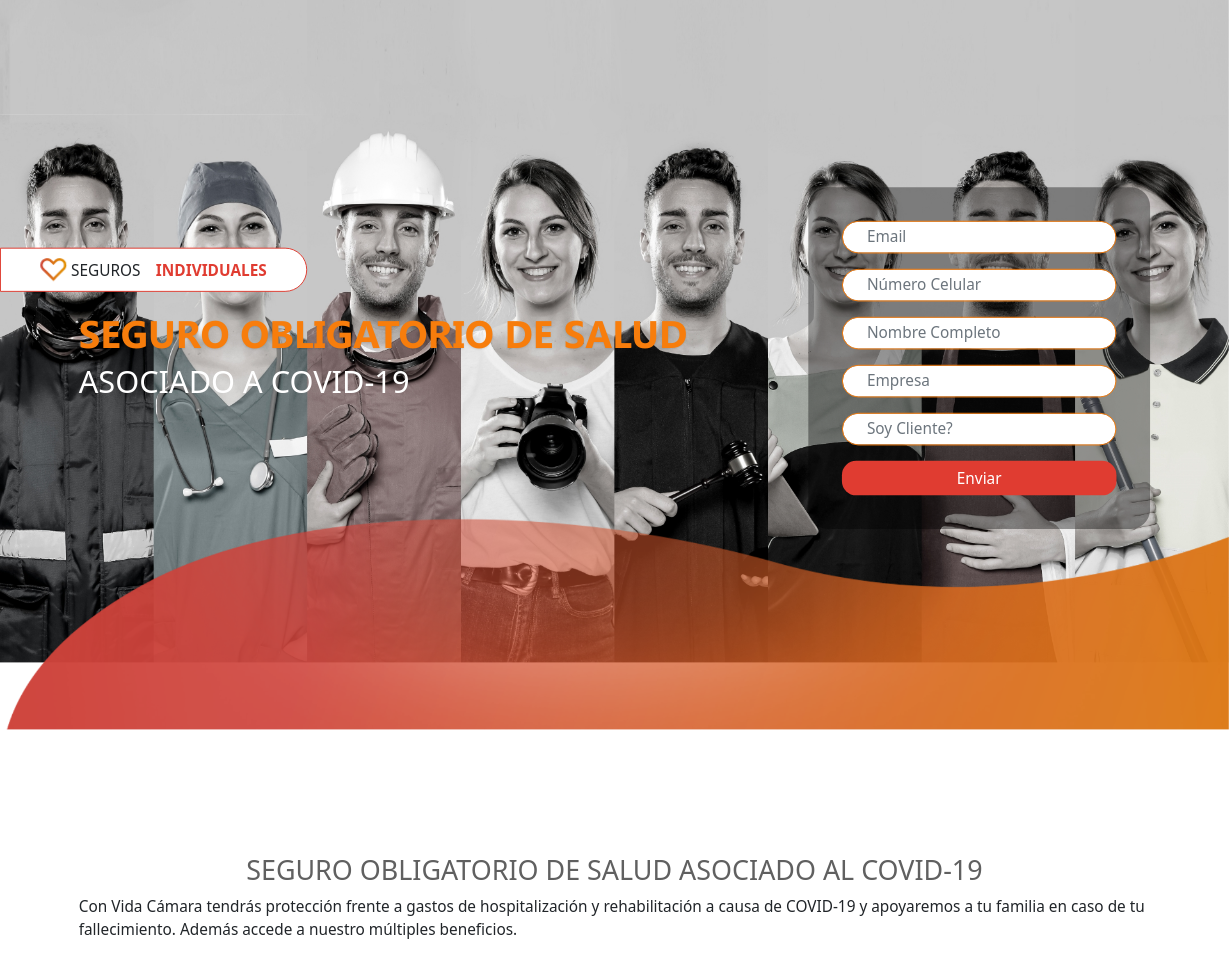
Repository: Darigo30/vidacamara
Page: index.html
An editor plug-in stored every save of this project. The page is shown before and after the next save, followed by the edit.
The browser window is 1280 px wide. The pictures show the whole page, at 96% of full size.
Some web fonts or font styles are not loaded; a fallback is used. Some web libraries are served in a nearby version.

Above is the page before, as saved 2021-07-28 22:41:42.
Not found: assets/js/custom.js

After the next save:
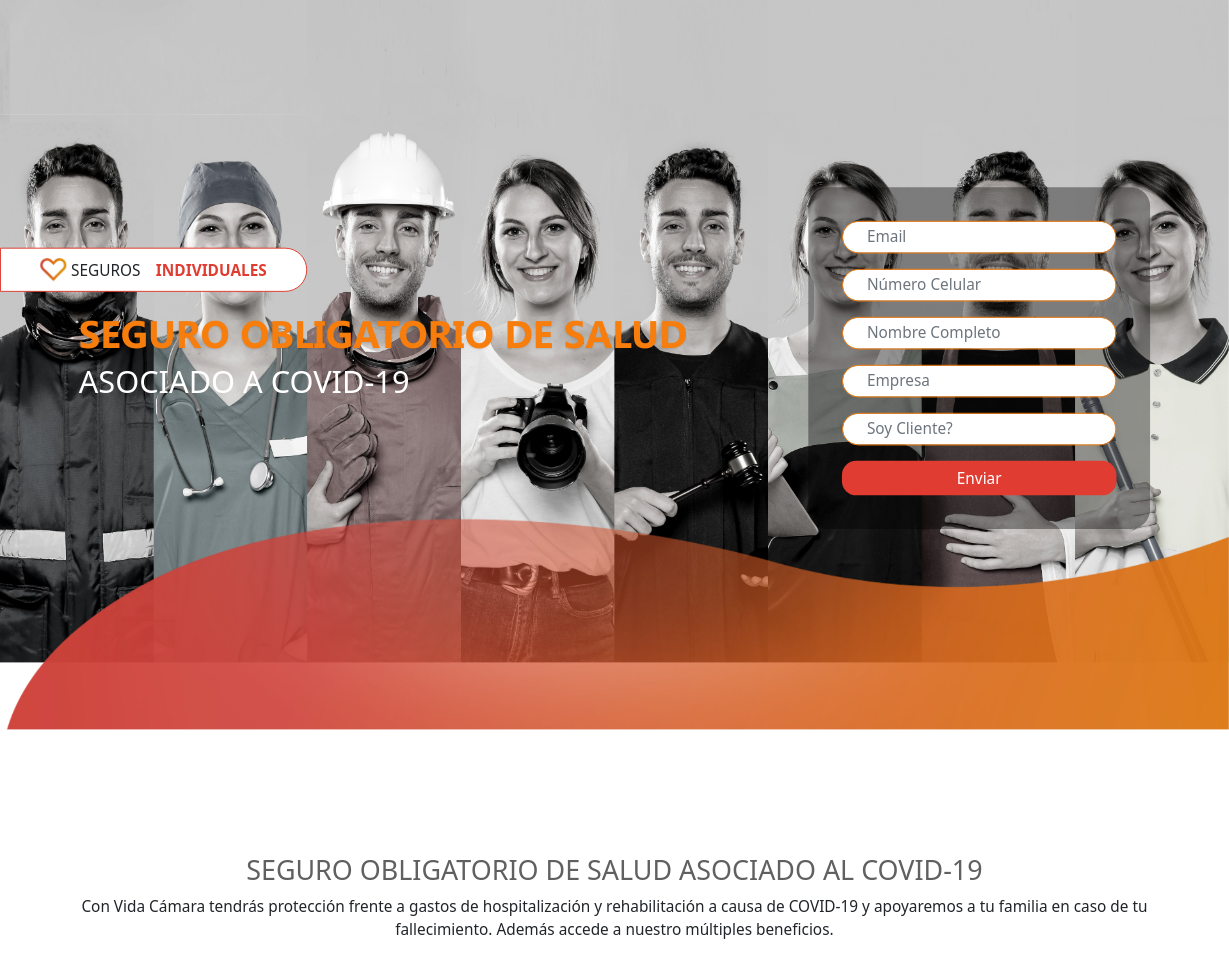
Saved 11 s later.
--- a/index.html
+++ b/index.html
@@ -57,7 +57,7 @@
                 <div class="row">
                     <div class="col-12">
                         <h3 class="text-center text-uppercase">Seguro obligatorio de salud asociado al COVID-19</h3>
-                        <p>Con Vida Cámara tendrás protección frente a gastos de hospitalización y rehabilitación a causa de COVID-19 y apoyaremos a tu familia en caso de tu fallecimiento. Además accede a nuestro múltiples beneficios. </p>
+                        <p class="text-center">Con Vida Cámara tendrás protección frente a gastos de hospitalización y rehabilitación a causa de COVID-19 y apoyaremos a tu familia en caso de tu fallecimiento. Además accede a nuestro múltiples beneficios. </p>
                     </div>
                 </div>
             </div>
